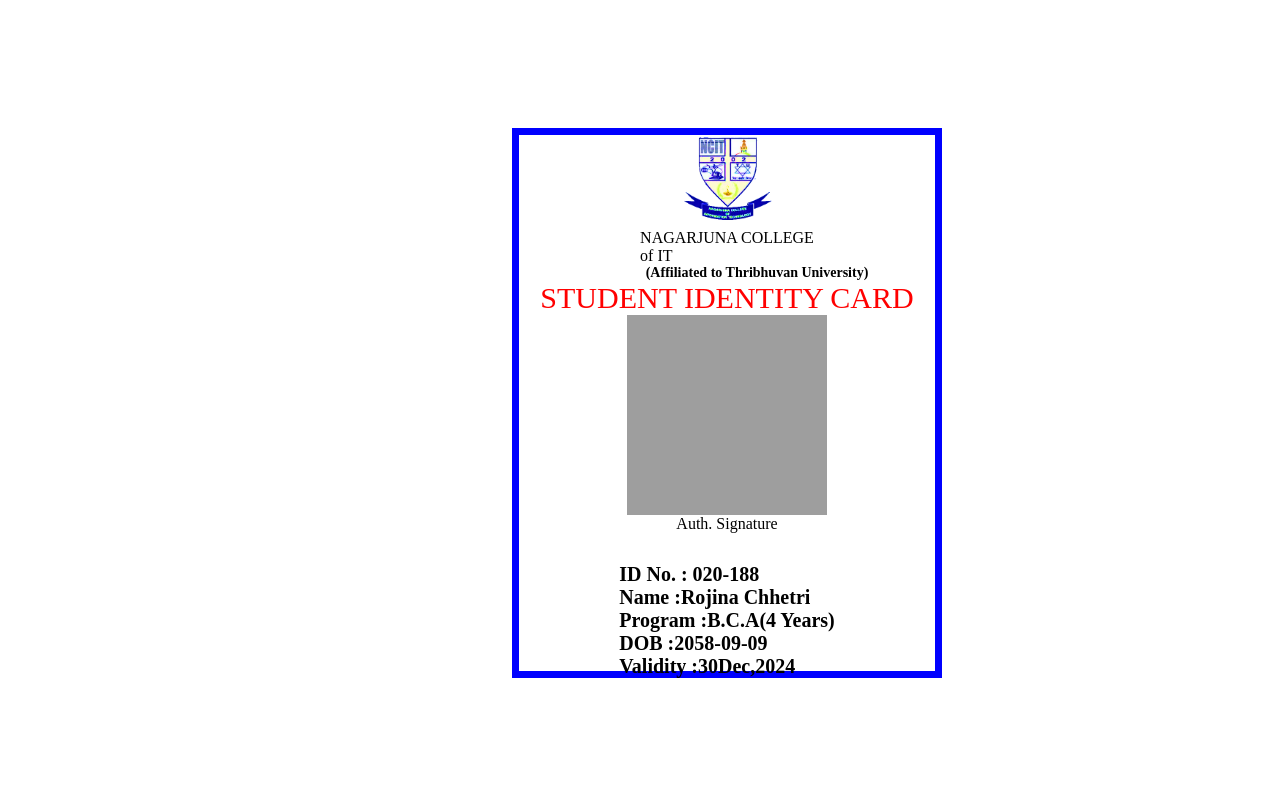
Repository: Rojinachhetri/roji
Page: rojina.html
The author's editor kept a copy of each file at every save. The page is drawn from the files as they stood at one save, then again after the next save.
The browser window is 1280 px wide. The pictures show the whole page.
Pictures or frames that could not be fetched are drawn as grey boxes.

Above is the page before, as saved 2023-04-24 22:22:43.

After the next save:
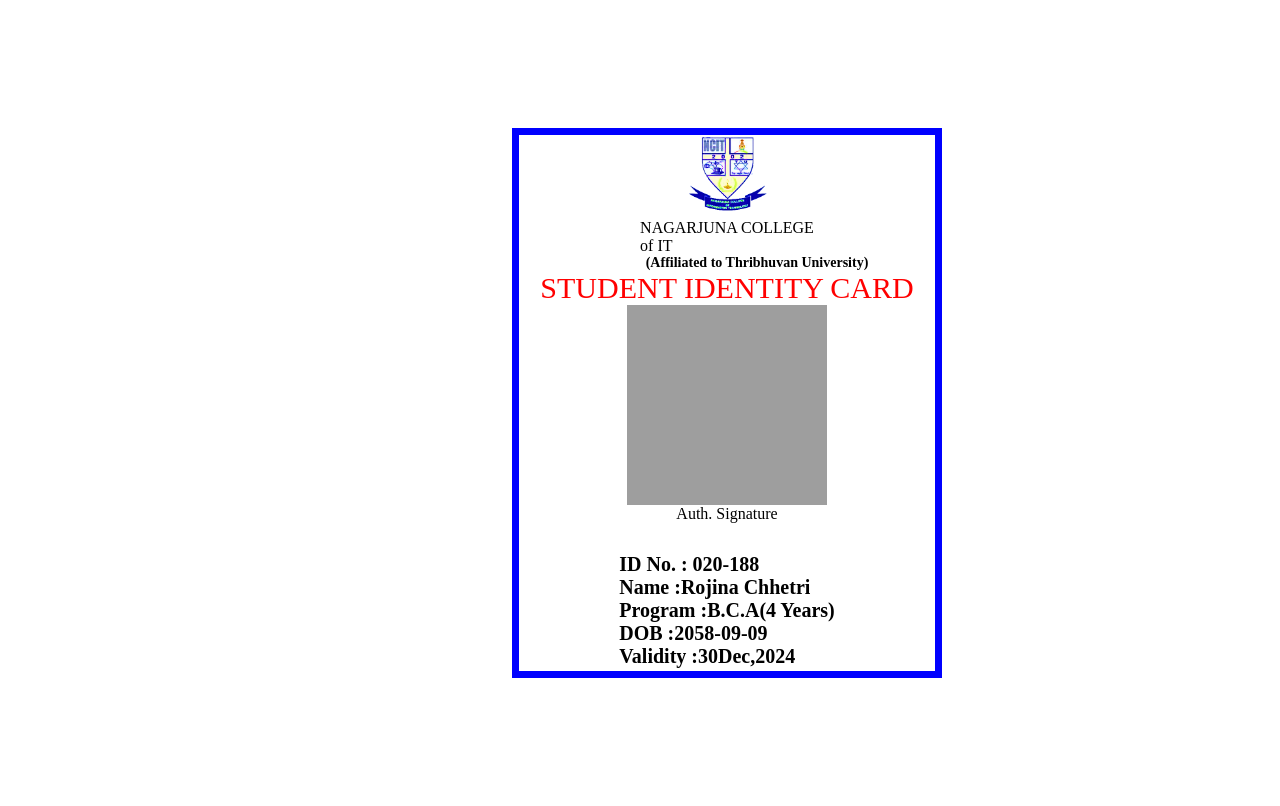
Saved 17 s later.
--- a/rojina.html
+++ b/rojina.html
@@ -12,7 +12,7 @@
 <body>
     <div class="container">
         <div class="logo">
-            <img src="logo1.png" alt="logo" height="90px" width="90px">
+            <img src="logo1.png" alt="logo" height="80px" width="80px">
 
         </div>
         <div class="container_text">
